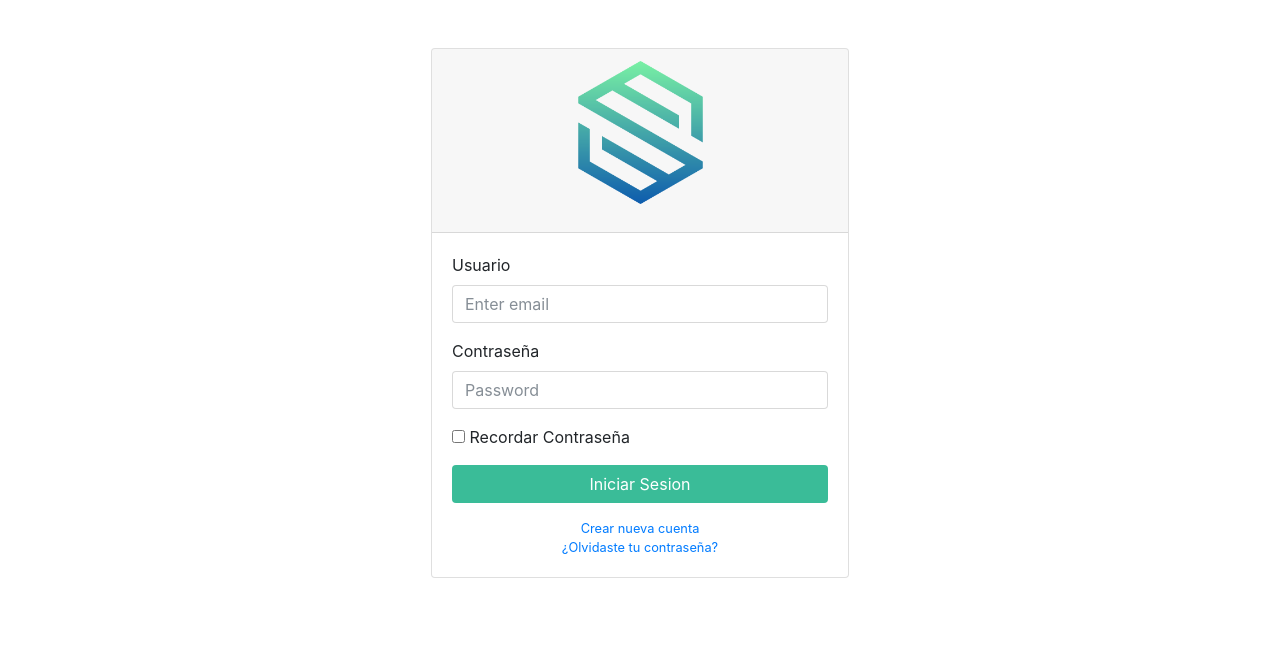
Repository: krojas1997/Test_Project
Page: http://localhost/GREENLIGHT/pages/login.jsp
The author's editor kept a copy of each file at every save. The page is drawn from the files as they stood at one save, then again after the next save.
The browser window is 1280 px wide. The pictures show the whole page.
Some web libraries are served in a nearby version. The page is served by Tomcat 9. Other server files are loaded and not shown.

Above is the page before, as saved 2017-10-31 07:21:32.

### Test_GreenLight/GREENLIGHT/WebContent/pages/login.jsp
<%@ page language="java" contentType="text/html; charset=ISO-8859-1"
    pageEncoding="ISO-8859-1"%>
<!DOCTYPE html PUBLIC "-//W3C//DTD HTML 4.01 Transitional//EN" "http://www.w3.org/TR/html4/loose.dtd">
<html>
<head>
	<title>Iniciar Sesión</title>
    <link rel="stylesheet" type="text/css" href="../css/style.css">
    <link rel="icon" href="../img/logo.png">
</head>
<body class="bg-glight">

<div class="container" style="width: 35%">
    <div class="card card-login mx-auto mt-5">
      <div class="card-header" align="center">
        <img src="../img/logo.png" width="125" height="143" style="margin-bottom: 1em" />
      </div>
      <div class="card-body">
        <form>
          <div class="form-group">
            <label for="exampleInputEmail1">Usuario</label>
            <input class="form-control" id="exampleInputEmail1" type="email" aria-describedby="emailHelp" placeholder="Enter email">
          </div>
          <div class="form-group">
            <label for="exampleInputPassword1">Contraseña</label>
            <input class="form-control" id="exampleInputPassword1" type="password" placeholder="Password">
          </div>
          <div class="form-group">
            <div class="form-check">
              <label class="form-check-label">
                <input class="form-check-input" type="checkbox"> Recordar Contraseña</label>
            </div>
          </div>
          <!--Lo que se tiene que hacer a continuacion es modificar la dashboard tanto para el paciente, medico, paciente-->
          <a class="btn btn-login btn-block" href="../dashboard/paciente/index.jsp">Iniciar Sesion</a>
        </form>
        <div class="text-center">
          <a class="d-block small mt-3" href="nuevaCuenta.jsp">Crear nueva cuenta</a>
          <a class="d-block small" href="forgot.jsp">¿Olvidaste tu contraseña?</a>
        </div>
      </div>
    </div>
</div>

</body>
<div>
    <link rel="stylesheet" href="https://maxcdn.bootstrapcdn.com/bootstrap/4.0.0-beta/css/bootstrap.min.css" integrity="sha384-/Y6pD6FV/Vv2HJnA6t+vslU6fwYXjCFtcEpHbNJ0lyAFsXTsjBbfaDjzALeQsN6M" crossorigin="anonymous">
    <script src="https://code.jquery.com/jquery-3.2.1.slim.min.js" integrity="sha384-KJ3o2DKtIkvYIK3UENzmM7KCkRr/rE9/Qpg6aAZGJwFDMVNA/GpGFF93hXpG5KkN" crossorigin="anonymous"></script>
    <script src="https://cdnjs.cloudflare.com/ajax/libs/popper.js/1.11.0/umd/popper.min.js" integrity="sha384-b/U6ypiBEHpOf/4+1nzFpr53nxSS+GLCkfwBdFNTxtclqqenISfwAzpKaMNFNmj4" crossorigin="anonymous"></script>
    <script src="https://maxcdn.bootstrapcdn.com/bootstrap/4.0.0-beta/js/bootstrap.min.js" integrity="sha384-h0AbiXch4ZDo7tp9hKZ4TsHbi047NrKGLO3SEJAg45jXxnGIfYzk4Si90RDIqNm1" crossorigin="anonymous"></script>
</div>
</html>

### Test_GreenLight/GREENLIGHT/WebContent/css/style.css
/**/

.bg-glight {
  background-color: #fff;
}

.link-nav{
  cursor: pointer;
   font-family: 'Open Sans', sans-serif;

}

.text-gl{
  color: #4AB0A8;

}


.btn-standar{
  cursor: pointer;
  background-color: #3abc98;
  transition-duration: 0.2s;
  color: white;
  width: 100px;

}
.btn-standar:hover{
  background-color: #0081D9;
  transition-duration: 0.2s;
  color: white;
}

.btn-login{
  cursor: pointer;
  background-color: #3abc98;
  transition-duration: 0.2s;
  color: white;

}
.btn-login:hover{
  background-color: #0081D9;
  transition-duration: 0.2s;
  color: white;
}


#firstSection {
  padding-top:50px;
  height:640px;
}

#secondSection {
  padding-top:70px;
  height:640px;
  color: #fff;
  background-color: #1E88E5;
}

#thirdSection {
  padding-top:70px;
  height:640px;
  color: #000;
  background-color: #fff;
}

#fourtSection {
  padding-top:50px;
  height:640px;
  color: #fff;
  background-color: #000;
}

After the next save:
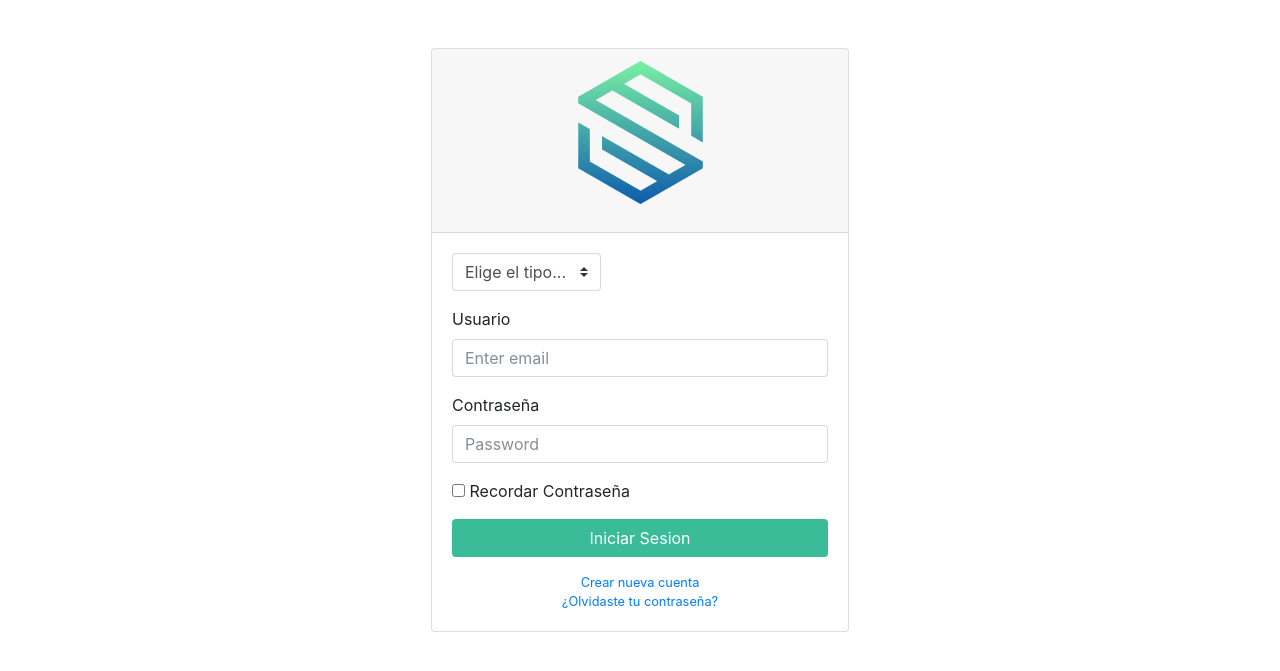
Saved 5 days later.
--- a/Test_GreenLight/GREENLIGHT/WebContent/pages/login.jsp
+++ b/Test_GreenLight/GREENLIGHT/WebContent/pages/login.jsp
@@ -16,6 +16,14 @@
       </div>
       <div class="card-body">
         <form>
+    	  <div class="form-group">
+	        <select class="custom-select">
+			  <option selected>Elige el tipo...</option>
+			  <option value="1">Paciente</option>
+			  <option value="2">Medico</option>
+			  <option value="3">Administrador</option>
+			</select>
+		  </div>
           <div class="form-group">
             <label for="exampleInputEmail1">Usuario</label>
             <input class="form-control" id="exampleInputEmail1" type="email" aria-describedby="emailHelp" placeholder="Enter email">
